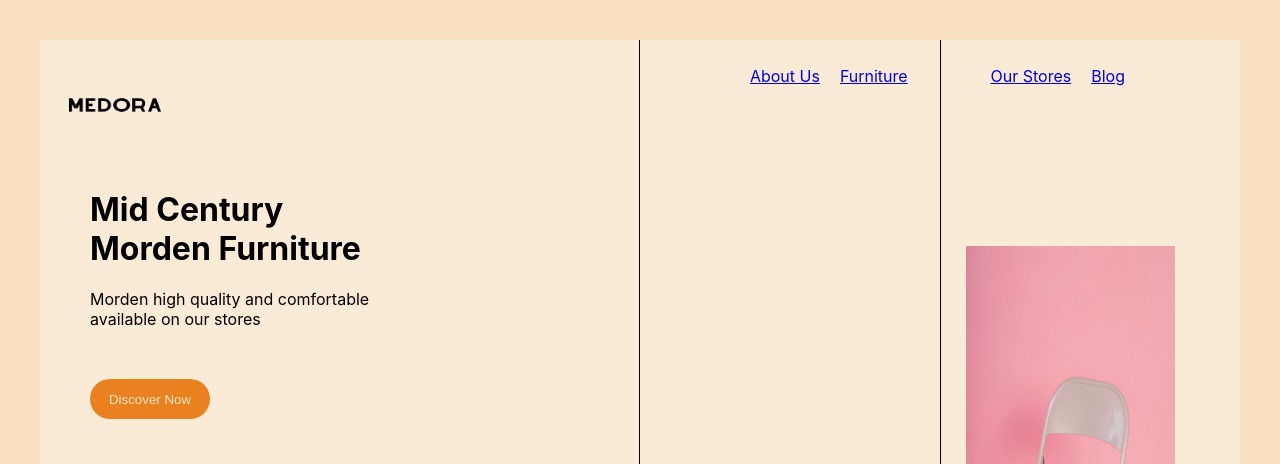
Repository: SbuKhoza/medora
Page: /
These files come from the project's save history. The page is drawn as it stood at one moment and after the next save; the edit follows.
The browser window is 1280 px wide. The pictures show the part of the page from y = 0 to 464 px (the page is 1010 px tall).
Pictures or frames that could not be fetched are drawn as grey boxes. The project was rebuilt for these pictures with package versions that can differ from the ones it lists, and the page was loaded fresh each time.

Above is the page before, as saved 2024-07-12 08:37:17.

After the next save:
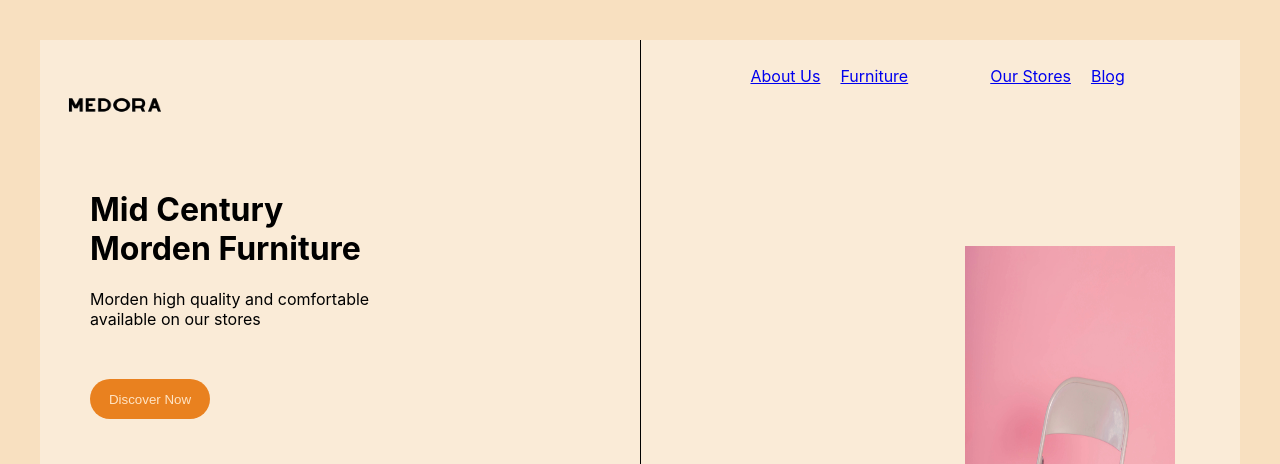
Saved 2 min 17 s later.
--- a/src/App.css
+++ b/src/App.css
@@ -54,7 +54,7 @@
   align-items: end;
   height: 100vh;
   width: 25%;
-  border-right: 1px solid;
+  border-right: px solid;
 
 }
 

After the save that followed:
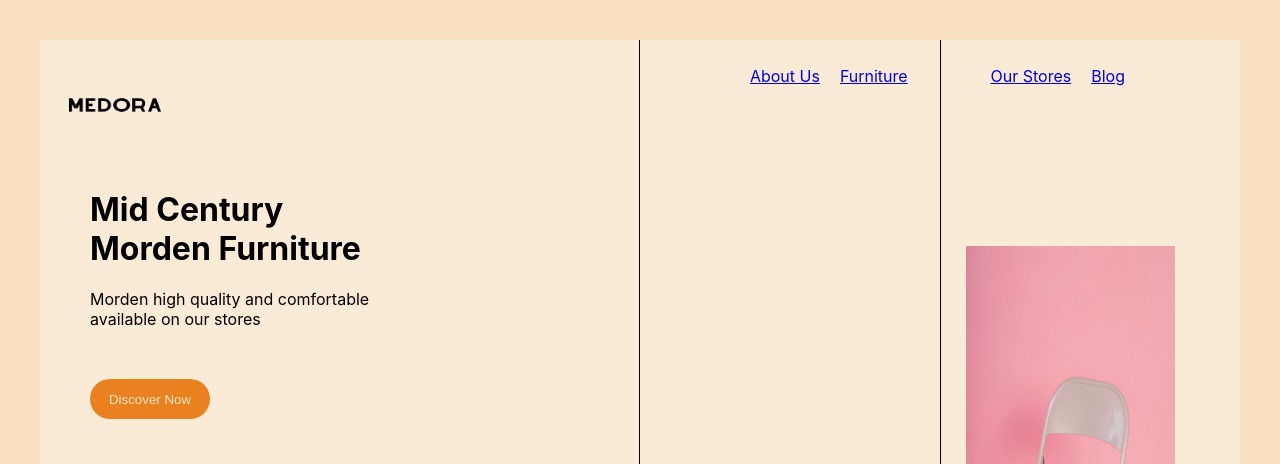
Saved 74 s later.
--- a/src/App.css
+++ b/src/App.css
@@ -54,7 +54,7 @@
   align-items: end;
   height: 100vh;
   width: 25%;
-  border-right: px solid;
+  border-right: 0.5px solid;
 
 }
 
